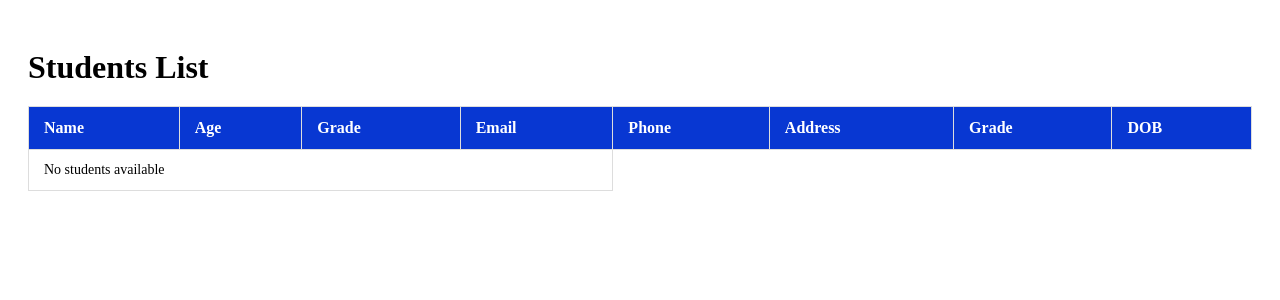
Repository: sharmisthak16/Student-Assignment
Page: /students (app in my-project/)
These files come from the project's save history. The page is drawn as it stood at one moment and after the next save; the edit follows.
The browser window is 1280 px wide. The pictures show the whole page.
The page's requests for data from a server got no answer. The project was rebuilt for these pictures with package versions that can differ from the ones it lists, and the page was loaded fresh each time. No one was signed in, and anything a server would have sent is missing. Also part of the build but not shown: my-project/vite.config.js, my-project/src/components/LoginForm.css, my-project/src/components/LoginForm.jsx, my-project/src/components/Dashboard.css, my-project/src/components/Dashboard.jsx, my-project/src/components/HomeButtons.css, my-project/src/components/HomeButtons.jsx, my-project/src/Pages/Home.jsx and 4 more.

Above is the page before, as saved 2025-01-31 04:25:12.

### my-project/index.html
<!doctype html>
<html lang="en">
  <head>
    <meta charset="UTF-8" />

    <meta name="viewport" content="width=device-width, initial-scale=1.0" />
    <title>Assignment</title>
  </head>
  <body>
    <div id="root"></div>
    <script type="module" src="/src/main.jsx"></script>
  </body>
</html>

### my-project/src/App.jsx
import React from 'react';
import { BrowserRouter as Router, Route, Routes } from 'react-router-dom'; // Use Routes instead of Switch
import LoginForm from './components/LoginForm';
import Dashboard from './components/Dashboard'; // Create this component for the dashboard page
import Home from './Pages/Home';
import StudentTable from './components/StudentTable';
import AddStudentModal from './components/AddStudentModal'
import StudentsPage from './components/StudentPage';

function App() {
  return (
    <Router>
      <Routes>
      <Route path='/' element={<Home/>} />
        <Route path="/LoginForm" element={<LoginForm />} /> {/* Use element instead of component */}
        <Route path="/dashboard" element={<Dashboard />} /> {/* Use element instead of component */}
       <Route path="/StudentTable" element={<StudentTable />}  />
       <Route path="/AddStudentModal" element={<AddStudentModal/>}  />
       <Route path='/students' element={< StudentsPage/>}/>
      </Routes>
    </Router>
  );
}

export default App;

### my-project/src/components/StudentPage.jsx
import React, { useEffect, useState } from 'react';
import { db, collection, getDocs } from './firebase'; // Assuming you're using Firestore
import './StudentPage.css';

const StudentPage = () => {
  const [students, setStudents] = useState([]);
  const [loading, setLoading] = useState(true);

  useEffect(() => {
    const fetchStudents = async () => {
      try {
        const querySnapshot = await getDocs(collection(db, "students"));
        const studentsData = querySnapshot.docs.map(doc => ({
          id: doc.id,
          ...doc.data(),
        }));
        setStudents(studentsData);
      } catch (error) {
        console.error("Error fetching students:", error);
      } finally {
        setLoading(false);
      }
    };

    fetchStudents();
  }, []);

  return (
    <div className="students-page">
      <h1>Students List</h1>
      {loading ? (
        <p>Loading...</p>
      ) : (
        <table className="students-table">
          <thead>
            <tr>
              <th>Name</th>
              <th>Age</th>
              <th>Grade</th>
              <th>Email</th>
              <th>Phone</th>
              <th>Address</th>
              <th>Grade</th>
              <th>DOB</th>
            </tr>
          </thead>
          <tbody>
            {students.length > 0 ? (
              students.map(student => (
                <tr key={student.id}>
                  <td>{student.name}</td>
                  <td>{student.age}</td>
                  <td>{student.grade}</td>
                  <td>{student.email}</td>
                  <td>{student.phone}</td>
                  <td>{student.address}</td>
                  <td>{student.grade}</td>
                  <td>{student.dob}</td>
                  <td>{student.parentName}</td>
                  <td>{student.parentPhone}</td>
                </tr>
              ))
            ) : (
              <tr>
                <td colSpan="4">No students available</td>
              </tr>
            )}
          </tbody>
        </table>
      )}
    </div>
  );
};

export default StudentPage;

### my-project/src/components/firebase.js
import { initializeApp } from "firebase/app";
import { getAuth, createUserWithEmailAndPassword, signInWithEmailAndPassword } from "firebase/auth";
import { getFirestore, collection, addDoc, getDocs } from "firebase/firestore"; // Import getDocs

const firebaseConfig = {
  apiKey: "AIzaSyBbJ0LWJOG7xecQUhc7-0NGPvu33pYSSAg",
  authDomain: "assignment-f6a48.firebaseapp.com",
  projectId: "assignment-f6a48",
  storageBucket: "assignment-f6a48.appspot.com",
  messagingSenderId: "801572322432",
  appId: "1:801572322432:web:b56f932b3f50b6140f7a65",
  measurementId: "G-SBG6GTP1V2"
};

const app = initializeApp(firebaseConfig);
const auth = getAuth(app);
const db = getFirestore(app); // Firestore instance

// Export the methods you're using
export { auth, db, createUserWithEmailAndPassword, signInWithEmailAndPassword, addDoc, collection, getDocs };

### my-project/src/components/StudentPage.css
/* Students Page Styling */
.students-page {
    padding: 20px;
  }

  .students-page h1 {
    font-size: 32px;
    margin-bottom: 20px;
  }

  .students-table {
    width: 100%;
    border-collapse: collapse;
    margin-top: 20px;
  }

  .students-table th, .students-table td {
    padding: 12px 15px;
    text-align: left;
    border: 1px solid #ddd;
  }

  .students-table th {
    background-color: #0837d2;
    color: white;
  }

  .students-table tr:nth-child(even) {
    background-color: #f9f9f9;
  }

  .students-table tr:hover {
    background-color: #f1f1f1;
  }

  .students-table td {
    font-size: 14px;
  }

Loaded but not shown: my-project/src/main.jsx (common file); my-project/src/index.css (common file)

After the next save:
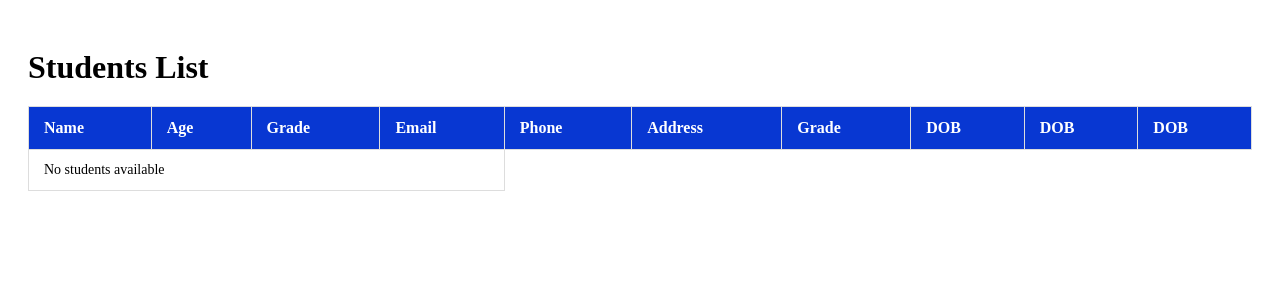
Saved 6 s later.
--- a/my-project/src/components/StudentPage.jsx
+++ b/my-project/src/components/StudentPage.jsx
@@ -42,6 +42,8 @@ const StudentPage = () => {
               <th>Address</th>
               <th>Grade</th>
               <th>DOB</th>
+              <th>DOB</th>
+              <th>DOB</th>
             </tr>
           </thead>
           <tbody>
